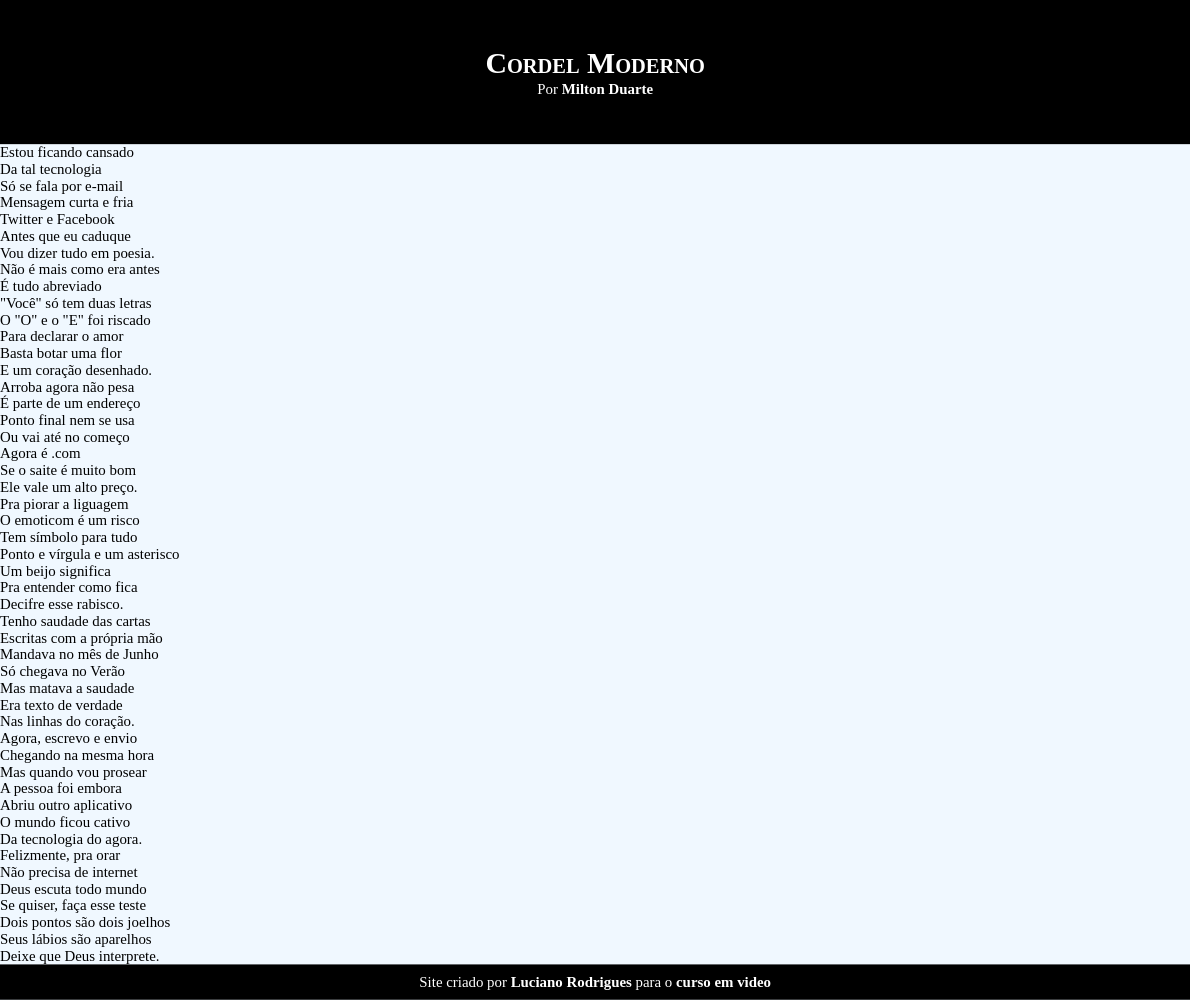
Repository: Lucianorodriguesdev/cursoHTML-CSS
Page: dasafios/index.html
These files come from the project's save history. The page is drawn as it stood at one moment and after the next save; the edit follows.
The browser window is 1280 px wide. The pictures show the whole page, at 93% of full size.

Above is the page before, as saved 2026-06-17 09:29:22.

### dasafios/index.html
<!DOCTYPE html>
<html lang="pt-br">
<head>
    <meta charset="UTF-8">
    <meta name="viewport" content="width=device-width, initial-scale=1.0">
    <title>Cordel Moderno</title>
    <link rel="stylesheet" href="estilo/style.css">
</head>
<body>
    <header>
        <h1>Cordel Moderno</h1>
        <p>Por <a href="https://www.recantodasletras.com.br/poesias/3186743" target="_blank">Milton Duarte</a></p>

    </header>
    <section class="normal">
        <p>
            Estou ficando cansado<br>
            Da tal tecnologia<br>
            Só se fala por e-mail<br>
            Mensagem curta e fria<br>
            Twitter e Facebook<br>
            Antes que eu caduque<br>
            Vou dizer tudo em poesia.
        </p>
    </section>



    <section class="imagem">
        <p>
            Não é mais como era antes<br>
            É tudo abreviado<br>
            "Você" só tem duas letras<br>
            O "O" e o "E" foi riscado<br>
            Para declarar o amor<br>
            Basta botar uma flor<br>
            E um coração desenhado.
        </p>
    </section>



    <section class="normal">
        <p>
            Arroba agora não pesa<br>
            É parte de um endereço<br>
            Ponto final nem se usa<br>
            Ou vai até no começo<br>
            Agora é .com<br>
            Se o saite é muito bom<br>
            Ele vale um alto preço.
        </p>

        <p>
            Pra piorar a liguagem<br>
            O emoticom é um risco<br>
            Tem símbolo para tudo<br>
            Ponto e vírgula e um asterisco<br>
            Um beijo significa<br>
            Pra entender como fica<br>
            Decifre esse rabisco.
        </p>
    </section>



    <section class="imagem">
        <p>
            Tenho saudade das cartas<br>
            Escritas com a própria mão<br>
            Mandava no mês de Junho<br>
            Só chegava no Verão<br>
            Mas matava a saudade<br>
            Era texto de verdade<br>
            Nas linhas do coração.
        </p>
    </section>



    <section class="normal">
        <p>
            Agora, escrevo e envio<br>
            Chegando na mesma hora<br>
            Mas quando vou prosear<br>
            A pessoa foi embora<br>
            Abriu outro aplicativo<br>
            O mundo ficou cativo<br>
            Da tecnologia do agora.
        </p>

        <p>
            Felizmente, pra orar<br>
            Não precisa de internet<br>
            Deus escuta todo mundo<br>
            Se quiser, faça esse teste<br>
            Dois pontos são dois joelhos<br>
            Seus lábios são aparelhos<br>
            Deixe que Deus interprete.
        </p>
    </section>
    <footer>
        <p>Site criado por <a href="https://github.com/Lucianorodriguesdev" target="_blank">Luciano Rodrigues</a> para o <a href="www.cursoemvideo.com" target="_blank">curso em video</a></p>
    </footer>

</body>
</html>

### dasafios/estilo/style.css
@charset_"UTF-8";

*{
    margin: 0px;
    padding: 0px;
}
body{
    min-height: 100vh;
    background-color: aliceblue;
}
header{
    background-color: black;

    text-align: center;
}
header> h1{
    color: white;
    padding-top: 50px;
    font-variant: small-caps;

}
header>p{
    padding-bottom: 50px;
    color: white;
}
header a, footer a{
    color:white;
    text-decoration: none;
    font-weight: bolder;
}
header a:hover, footer a:hover{
    text-decoration: underline;
}
footer{
    background-color: black;
    text-align: center;
    color:white;
    padding: 10px;

}

After the next save:
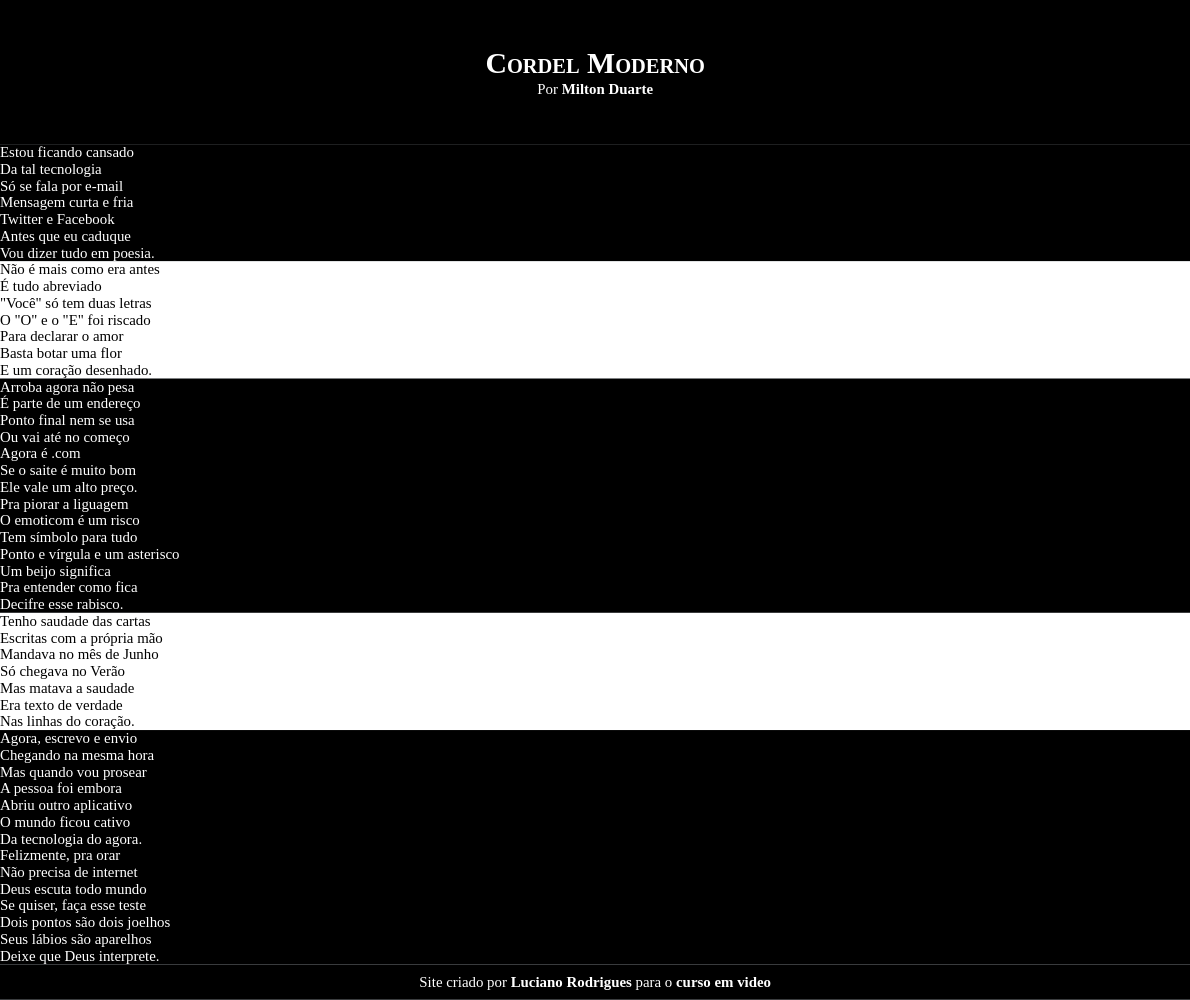
Saved 2 min 41 s later.
--- a/dasafios/estilo/style.css
+++ b/dasafios/estilo/style.css
@@ -23,6 +23,14 @@ header>p{
     padding-bottom: 50px;
     color: white;
 }
+section.normal{
+    background-color: black;
+    color: white;
+}
+section.imagem{
+    background-color: white;
+    color: black;
+}
 header a, footer a{
     color:white;
     text-decoration: none;
